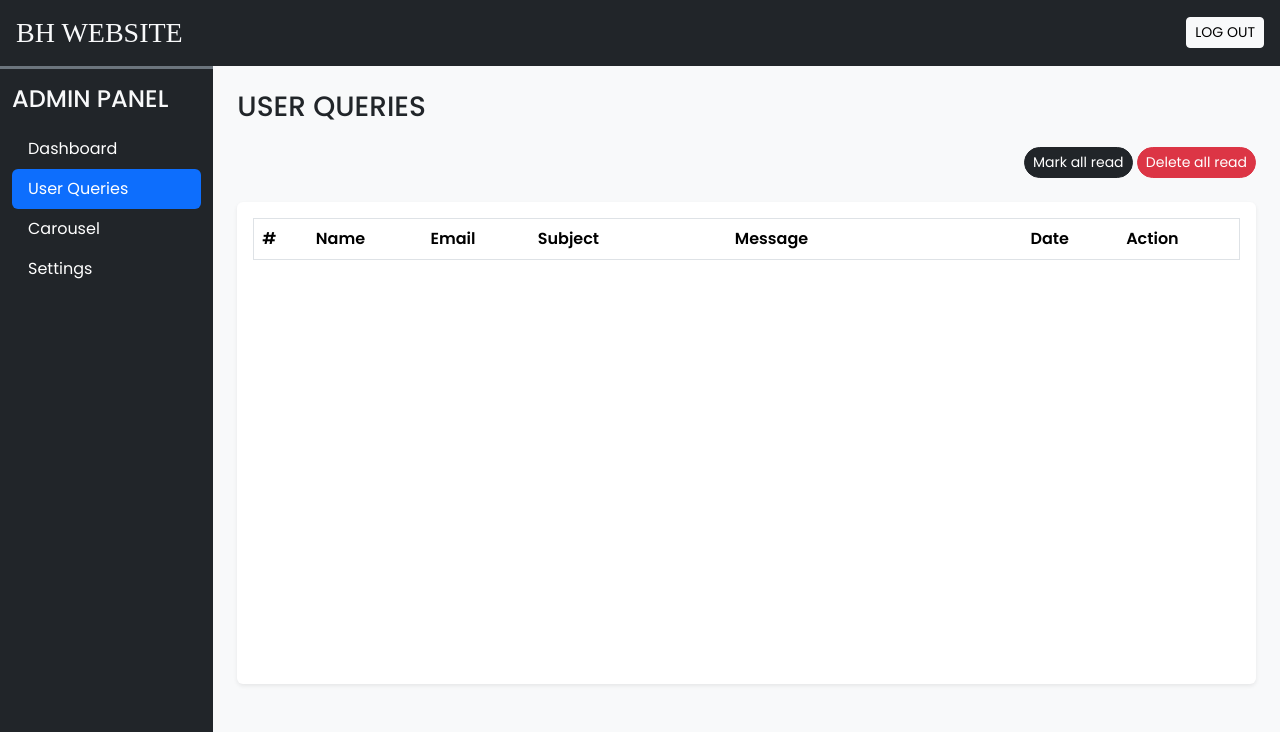
Repository: ntruong0906/desktop-tutorial
Page: http://localhost/hbwebsite/WebsiteBookingHotel/admin/user_queries.php
An editor plug-in stored every save of this project. The page is shown before and after the next save, followed by the edit.
The browser window is 1280 px wide. The pictures show the whole page.
Some web fonts or font styles are not loaded; a fallback is used. The page is run by PHP 8.4 with error messages shown; the project is at /var/www/html/. The session is filled in as if someone had signed in: {"adminLogin": true, "adminId": 1}. Other server files are loaded and not shown. Queries for data that is not in the repository find no rows.

Above is the page before, as saved 2024-05-07 21:51:35.

### WebsiteBookingHotel/admin/user_queries.php
<?php
require ('inc/essentials.php');
require ('inc/db_config.php');
adminLogin();
if(isset($_GET['seen']))
{
    $frm_data = filteration($_GET);

    if($frm_data['seen'] == 'all'){

    }else{
        $q = "UPDATE `user_queries` SET `seen`= ? WHERE `sr_no` = ?";
        $values = [1,$frm_data['seen']];
        if(update($q,$values,'ii')){
            alert('success','Marked as read');
        }else{
            alert('error','Operation Failed');
        }
    }
}

if(isset($_GET['del']))
{
    $frm_data = filteration($_GET);

    if($frm_data['del'] == 'all'){

    }else{
        $q = "DELETE FROM `user_queries` WHERE `sr_no` = ?";
        $values = [$frm_data['del']];
        if(delete($q,$values,'i')){
            alert('success','Data delete!');
        }else{
            alert('error','Operation Failed');
        }
    }
}
?>

<!DOCTYPE html>
<html lang="en">

<head>
    <meta charset="UTF-8">
    <meta http-equiv="X-UA-Compatible" content="IE-edge">
    <meta name="viewport" content="width=device-width, initial-scale=1.0">
    <title>Admin Panel - User Queries</title>
    <?php require ('inc/links.php'); ?>
</head>
<style>
.custom-alert {
    position: fixed;
    top: 80px;
    right: 25px;
}

#dashboard-menu {
    position: fixed;
    height: 100%;
}
</style>

<body class="bg-light">

    <?php require ('inc/header.php'); ?>

    <div class="container-fluid" id="main-content">
        <div class="row">
            <div class="col-lg-10 ms-auto p-4 overflow-hidden">
                <h3 class="mb-4">USER QUERIES</h3>
                <div class="text-end mb-4">
                    <a href="?seen=all" class="btn btn-dark rounded-pill shadow-none btn-sm">Mark all read</a>
                    <a href="?del=all" class="btn btn-danger rounded-pill shadow-none btn-sm">Delete all read</a>
                </div>

                <div class="card border-0 shadow-sm mb-4">
                    <div class="card-body">
                        <div class="table-responsive-md " style="height: 450px; overflow-y: scroll; ">
                            <table class="table table-hover border">
                                <thead class="sticky-top">
                                    <tr class="bg-dark text-light">
                                        <th scope="col">#</th>
                                        <th scope="col">Name</th>
                                        <th scope="col">Email</th>
                                        <th scope="col" width="20%">Subject</th>
                                        <th scope="col" width="30%">Message</th>
                                        <th scope="col">Date</th>
                                        <th scope="col">Action</th>
                                    </tr>
                                </thead>
                                <tbody>
                                    <?php
                                   $q = "SELECT * FROM `user_queries` ORDER BY `sr_no` DESC";
                                   $data = mysqli_query($con,$q);
                                   $i= 1;
                                   while($row = mysqli_fetch_assoc($data)){
                                    $seen = '';
                                    if($row['seen']!= 1){
                                        $seen = "<a href='?seen=$row[sr_no]' class='btn btn-sm rounded-pill btn-primary'>Mark as read</a>";
                                    }
                                    $seen.="<a href='?del=$row[sr_no]' class='btn btn-sm rounded-pill btn-danger'>Delete</a>";
                                    echo <<< query
                                    <tr>
                                    <td>$i</td>
                                    <td>$row[name]</td>
                                    <td>$row[email]</td>
                                    <td>$row[subject]</td>
                                    <td>$row[message]</td>
                                    <td>$row[date]</td>
                                    <td>$seen</td>
                                    </tr>
                                    query;
                                    $i++;
                                    }
                                    ?>
                                </tbody>
                            </table>
                        </div>
                    </div>
                </div>
            </div>
        </div>
    </div>

    <?php require ('inc/scripts.php'); ?>
</body>

</html>

### WebsiteBookingHotel/admin/inc/essentials.php
<?php

define ('SITE_URL','http://127.0.0.1/hbwebsite/');
define ('ABOUT_IMG_PATH',SITE_URL.'images/about/');
define ('CAROUSEL_IMG_PATH',SITE_URL.'images/carousel/');



define ('UPLOAD_IMAGE_PATH',$_SERVER['DOCUMENT_ROOT'].'/hbwebsite/images/');
define ('ABOUT_FOLDER','about/');
define ('CAROUSEL_FOLDER','carousel/');
function adminLogin()
{
    session_start();
    if (!isset($_SESSION['adminLogin']) && $_SESSION['adminLogin'] == true) {
        echo "<script>
            window.location.href='index.php';
        </script>";
    }

}
function redirect($url)
{
    echo "<script>
            window.location.href='$url';
        </script>";
}

function alert($type, $msg)
{
    $bs_class = ($type == "success") ? "alert-success" : "alert-danger";
    echo <<<alert
                <div class="alert $bs_class alert-dismissible fade show custom-alert" role="alert">
                    <strong class="me-3">$msg</strong>
                    <button type="button" class="btn-close" data-bs-dismiss="alert" aria-label="Close"></button>
                </div>
            alert;
}

function uploadImage($image,$folder){
    $valid_mime = ['image/jpeg','image/pnp','image/webp'];
    $img_mime = $image['type'];
    if(!in_array($img_mime,$valid_mime)){
        return 'ivn_img';
    }else if(($image['size']/(1024*1024))> 2){
        return 'ivn_size';
    }else{
        $ext = pathinfo($image['name'],PATHINFO_EXTENSION);
        $rname = 'IMG_'.random_int(11111,99999).".$ext";
        $img_path = UPLOAD_IMAGE_PATH.$folder.$rname;
        if(move_uploaded_file($image['tmp_name'],$img_path)){
            return $rname;
        }
        else{
            return 'udp_failed';
        }
    }
}


function deleteImage($image , $folder){
    if(unlink(UPLOAD_IMAGE_PATH.$folder.$image)){
        return true;
    }else{
        return false;
    }
}
?>

### WebsiteBookingHotel/admin/inc/db_config.php
<?php
$hname = 'localhost';
$uname = 'root';
$pass = "";
$db = "hbwebsite";

$con = mysqli_connect($hname, $uname, $pass, $db);

if (!$con) {
    die("Cannot Connect to Database" . mysqli_connect_error());
}

function filteration($data)
{
    foreach ($data as $key => $value) {
        $value = trim($value);
        $value = stripcslashes($value);
        $value = strip_tags($value);
        $value = htmlspecialchars($value);
        $data[$key] = $value;
    }
    return $data;
}

function selectAll($table){
    $con = $GLOBALS['con'];
    $res = mysqli_query($con,"SELECT * FROM $table");
    return $res;
}
function select($sql, $values, $datatype)
{
    $con = $GLOBALS['con'];
    if ($stmt = mysqli_prepare($con, $sql)) {
        mysqli_stmt_bind_param($stmt, $datatype,...$values);
        if (mysqli_stmt_execute($stmt)) {
            $res = mysqli_stmt_get_result($stmt);
            mysqli_stmt_close($stmt);
            return $res;
        } else {
            mysqli_stmt_close($stmt);
            die("Query cannot be excuted - Select");
        }
    } else {
        die("Query cannot be executed - Select");
    }
}

function update($sql, $values, $datatypes)
{
    $con = $GLOBALS['con'];
    if ($stmt = mysqli_prepare($con, $sql)) {
        mysqli_stmt_bind_param($stmt, $datatypes,...$values);
        if (mysqli_stmt_execute($stmt)) {
            $res = mysqli_stmt_affected_rows($stmt);
            mysqli_stmt_close($stmt);
            return $res;
        } else {
            mysqli_stmt_close($stmt);
            die("Query cannot be executed - Update");
        }
    } else {
        die("Query cannot be executed - Update");
    }
}

function insert($sql, $values, $datatypes)
{
    $con = $GLOBALS['con'];
    if ($stmt = mysqli_prepare($con, $sql)) {
        mysqli_stmt_bind_param($stmt, $datatypes,...$values);
        if (mysqli_stmt_execute($stmt)) {
            $res = mysqli_stmt_affected_rows($stmt);
            mysqli_stmt_close($stmt);
            return $res;
        } else {
            mysqli_stmt_close($stmt);
            die("Query cannot be executed - Insert");
        }
    } else {
        die("Query cannot be executed - Insert");
    }
}

function delete($sql, $values, $datatypes)
{
    $con = $GLOBALS['con'];
    if ($stmt = mysqli_prepare($con, $sql)) {
        mysqli_stmt_bind_param($stmt, $datatypes,...$values);
        if (mysqli_stmt_execute($stmt)) {
            $res = mysqli_stmt_affected_rows($stmt);
            mysqli_stmt_close($stmt);
            return $res;
        } else {
            mysqli_stmt_close($stmt);
            die("Query cannot be executed - Delete");
        }
    } else {
        die("Query cannot be executed - Delete");
    }
}
?>

### WebsiteBookingHotel/admin/inc/links.php
<link href="https://cdn.jsdelivr.net/npm/bootstrap@5.3.3/dist/css/bootstrap.min.css" rel="stylesheet"
    integrity="sha384-QWTKZyjpPEjISv5WaRU9OFeRpok6YctnYmDr5pNlyT2bRjXh0JMhjY6hW+ALEwIH" crossorigin="anonymous">
<link href="https://fonts.googleapis.com/css2?family=Merienda:wght@400;700&family=Poppins:wght@400;500;600&display=swap"
    rel="stylesheet">
<link rel="stylesheet" href="https://cdn.jsdelivr.net/npm/bootstrap-icons@1.11.3/font/bootstrap-icons.min.css">
<link rel="stylesheet" href="css/common.css">

### WebsiteBookingHotel/admin/inc/header.php
<div class="container-fluid bg-dark text-light p-3 d-flex align-items-center justify-content-between sticky-top">
    <h3 class="mb-0 h-font">BH WEBSITE</h3>
    <a href="logout.php" class="btn btn-light btn-sm">LOG OUT</a>
</div>

<div class="col-lg-2 bg-dark border-top border-3 border-secondary " id="dashboard-menu">
    <nav class="navbar navbar-expand-lg navbar-dark">
        <div class="container-fluid flex-lg-column align-items-stretch">
            <h4 class="mt-2 text-light">ADMIN PANEL</h4>
            <button class="navbar-toggler shadow-none" type="button" data-bs-toggle="collapse"
                data-bs-target="#adminDropdown" aria-controls="navbarNav" aria-expanded="false"
                aria-label="Toggle navigation">
                <span class="navbar-toggler-icon"></span>
            </button>
            <div class="collapse navbar-collapse flex-column align-items-stretch mt-2" id="adminDropdown">

                <ul class="nav nav-pills flex-column">
                    <li class="nav-item">
                        <a class="nav-link text-white" href="dashboard.php">Dashboard</a>
                    </li>
                    <li class="nav-item">
                        <a class="nav-link text-white" href="user_queries.php">User Queries</a>
                    </li>
                    <li class="nav-item">
                        <a class="nav-link text-white" href="carousel.php">Carousel</a>
                    </li>
                    <li class="nav-item">
                        <a class="nav-link text-white" href="settings.php
                            ">Settings</a>
                    </li>
                </ul>
            </div>
        </div>
        <nav>
</div>

### WebsiteBookingHotel/admin/inc/scripts.php
<script src="https://cdn.jsdelivr.net/npm/bootstrap@5.3.3/dist/js/bootstrap.bundle.min.js"
    integrity="sha384-YvpcrYf0tY3lHB60NNkmXc5s9fDVZLESaAA55NDzOxhy9GkcIdslK1eN7N6jIeHz" crossorigin="anonymous">
</script>

<script>
function alert(type, msg) {
    let bs_class = (type == 'success') ? 'alert-success' : 'alert-danger';
    let element = document.createElement('div');
    element.innerHTML = `
                <div class="alert ${bs_class} alert-dismissible fade show custom-alert" role="alert">
                        <strong class="me-3">${msg}</strong>
                        <button type="button" class="btn-close" data-bs-dismiss="alert" aria-label="Close"></button>
                </div>
                `;
    document.body.append(element);
}

function setActive() {
    let navbar = document.getElementById('dashboard-menu');
    let a_tags = navbar.getElementsByTagName('a');
    for (i = 0; i < a_tags.length; i++) {
        let file = a_tags[i].href.split('/').pop();
        let file_name = file.split('.')[0];
        if (document.location.href.indexOf(file_name) >= 0) {
            a_tags[i].classList.add('active')
        }
    }
}
setActive();
</script>

### WebsiteBookingHotel/admin/css/common.css
:root{
    --teal: #2ec1ac;
    --teal_hover: #279e8c;
}

* {
    font-family: 'Poppins', sans-serif;
}

.h-font {
    font-family: 'Merienda', cursive;
}

input::-webkit-outer-spin-button,
input::-webkit-inner-spin-button {
    -webkit-appearance: none;
    margin: 0;
}

/* input[type=number] {
    -moz-appearance: textfield;
} */

.custom-bg {
    background-color: var(--teal);
    border: 1px solid var(--teal);
}

.custom-bg:hover {
    background-color: var(--teal_hover);
    border-color: var(--teal_hover);
}

.availability-form {
    margin-top: -50px;
    z-index: 2;
    position: relative;
}
.h-line{
    width: 150px ;
    margin: 0 auto;
    height: 1.7px;
}

.custom-alert{
    position: fixed;
    top: 80px;
    right: 25px;
}
#dashboard-menu{
    position:fixed;
    height: 100%;
    z-index: 11;
}

@media screen and (max-width :991px){
    #dashboard-menu{
        height: auto;
        width: 100%;
    }
    #main-content{
        margin-top: 60px;
    }
}

After the next save:
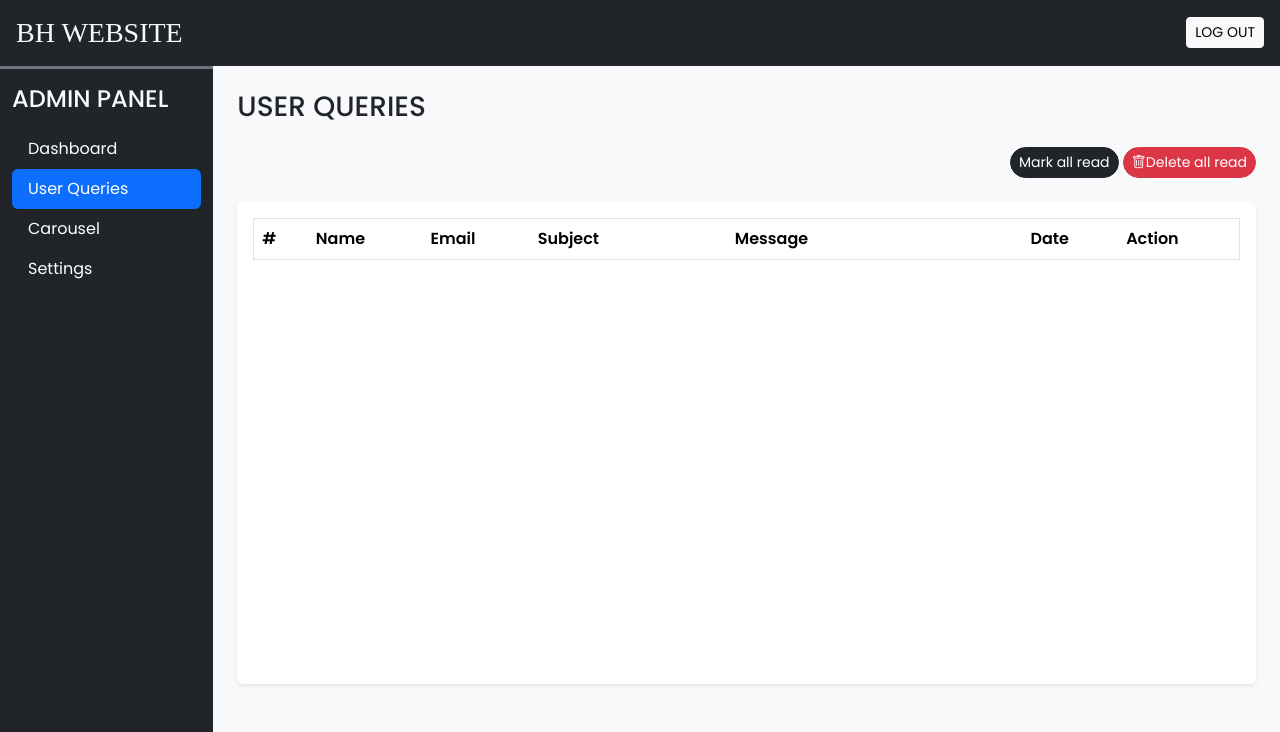
Saved 66 s later.
--- a/WebsiteBookingHotel/admin/user_queries.php
+++ b/WebsiteBookingHotel/admin/user_queries.php
@@ -70,7 +70,8 @@ if(isset($_GET['del']))
                 <h3 class="mb-4">USER QUERIES</h3>
                 <div class="text-end mb-4">
                     <a href="?seen=all" class="btn btn-dark rounded-pill shadow-none btn-sm">Mark all read</a>
-                    <a href="?del=all" class="btn btn-danger rounded-pill shadow-none btn-sm">Delete all read</a>
+                    <a href="?del=all" class="btn btn-danger rounded-pill shadow-none btn-sm">
+                        <i class="bi bi-trash"></i>Delete all read</a>
                 </div>
 
                 <div class="card border-0 shadow-sm mb-4">
